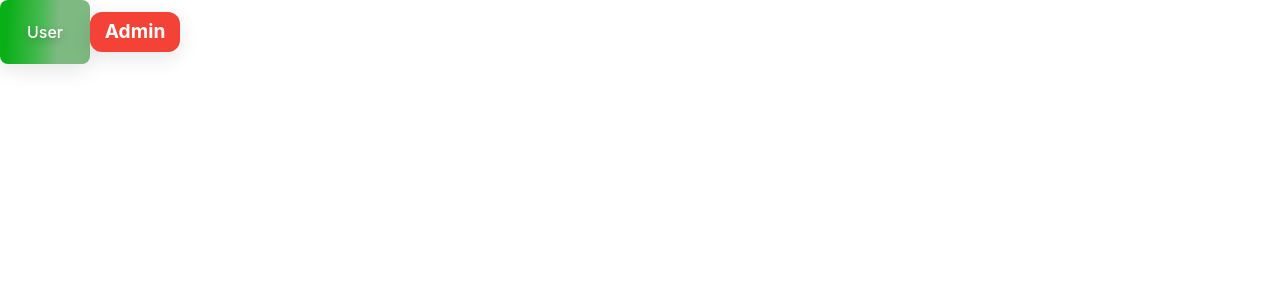
Repository: User826/Recipe
Page: /useradmin (app in recipe_project/)
An editor plug-in stored every save of this project. The page is shown before and after the next save, followed by the edit.
The browser window is 1280 px wide. The pictures show the whole page.
The project was rebuilt for these pictures with package versions that can differ from the ones it lists, and the page was loaded fresh each time. The framework's server and built-in components were replaced by stand-ins that run in the browser. Also part of the build but not shown: recipe_project/next.config.js, recipe_project/pages/users.module.css, recipe_project/components/users.js.

Above is the page before, as saved 2023-06-01 05:07:23.

After the next save:
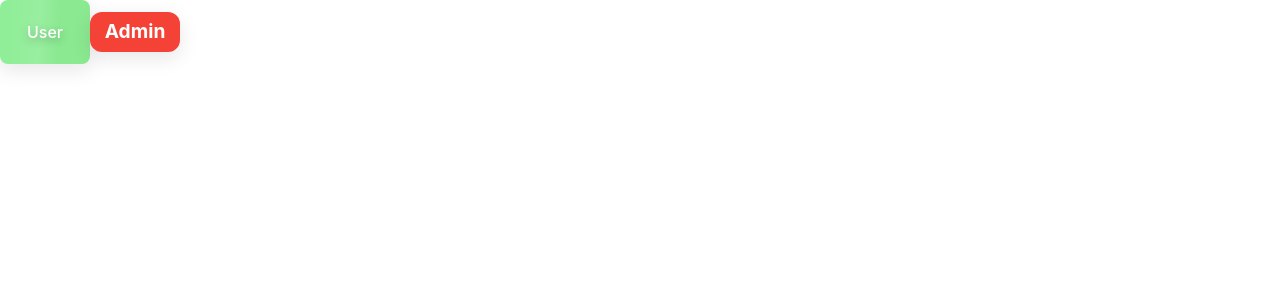
Saved 5 min 4 s later.
--- a/recipe_project/pages/useradmin.module.css
+++ b/recipe_project/pages/useradmin.module.css
@@ -92,7 +92,7 @@
 
 /* CSS */
 .user {
-  background-image: linear-gradient(92.88deg, #0aaf18 9.16%, #45b94f 43.89%, #7eb982 64.72%);
+  background-image: linear-gradient(92.88deg, #8fee97 9.16%, #99eea0 43.89%, #8be991 64.72%);
   border-radius: 8px;
   border-style: none;
   box-sizing: border-box;
